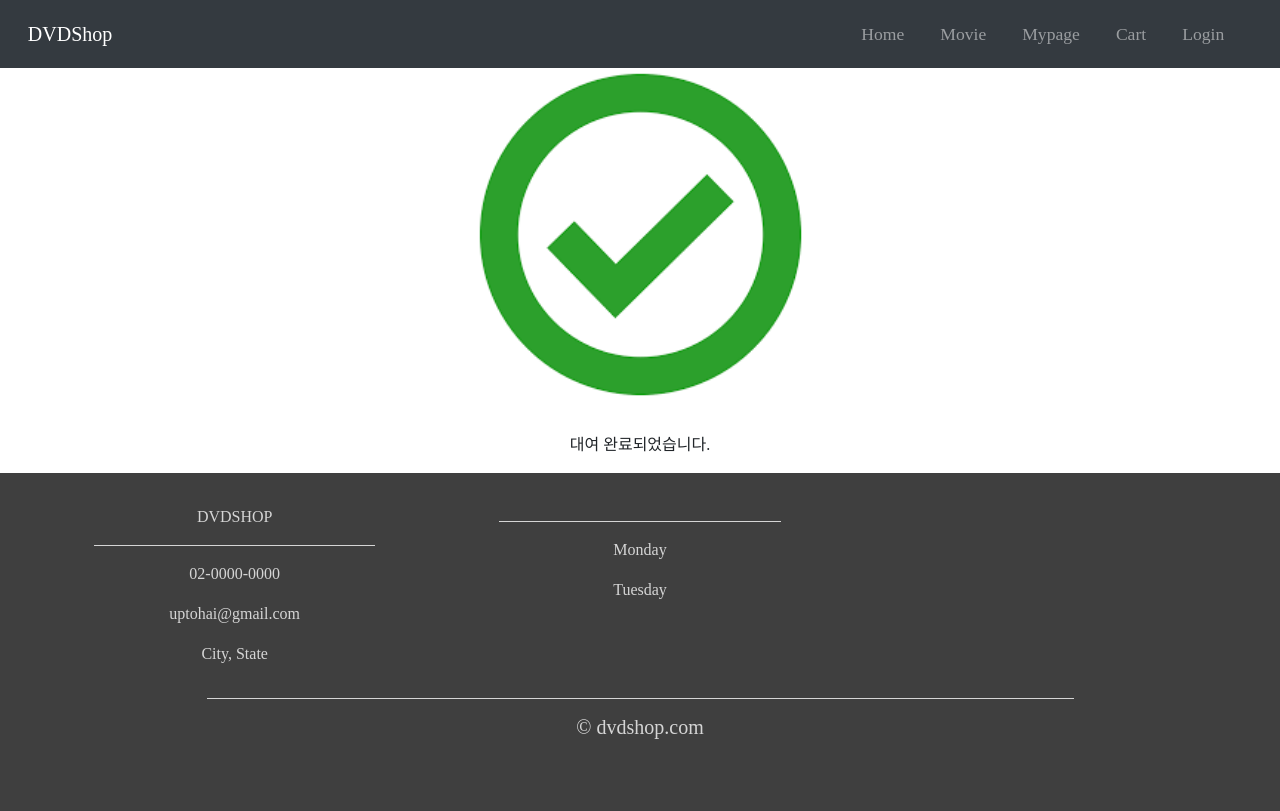
Repository: afterup/dvdshop
Page: http://localhost/shop_project/view/common/movie_rental.jsp
An editor plug-in stored every save of this project. The page is shown before and after the next save, followed by the edit.
The browser window is 1280 px wide. The pictures show the whole page.
The page is served by Tomcat 9.

Above is the page before, as saved 2019-08-14 06:42:41.

After the next save:
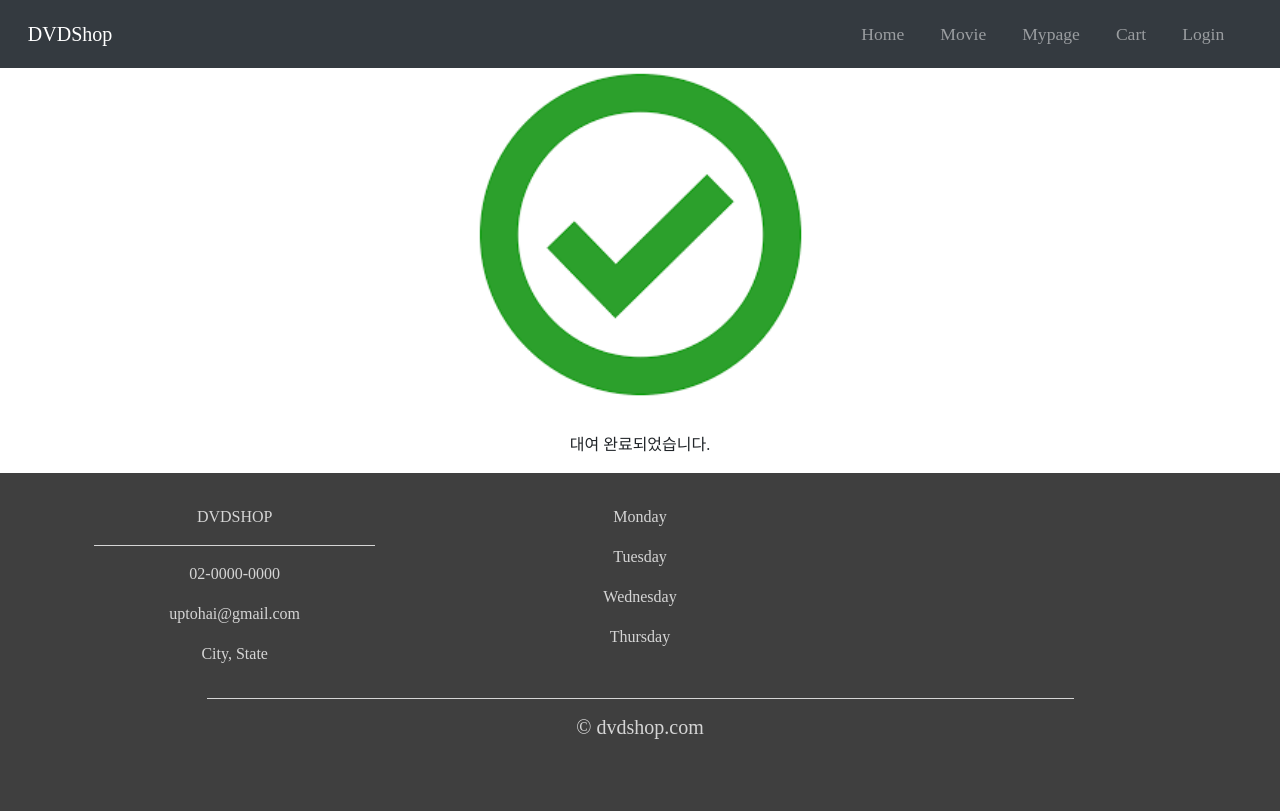
Saved 23 s later.
--- a/shop_project/WebContent/view/common/movie_rental.jsp
+++ b/shop_project/WebContent/view/common/movie_rental.jsp
@@ -31,28 +31,7 @@
 	</div>
 
 	<!-- Footer -->
-	<footer>
-		<div class="container-fluid padding">
-			<div class="row text-center">
-				<div class="col-md-4">
-					DVDSHOP
-					<hr class="light">
-					<p>02-0000-0000</p>
-					<p>uptohai@gmail.com</p>
-					<p>City, State</p>
-				</div>
-				<div class="col-md-4">
-					<hr class="light">
-					<p>Monday</p>
-					<p>Tuesday</p>
-				</div>
-			</div>
-			<div class="col-12">
-				<hr class="light">
-				<h5 class="text-center">&copy; dvdshop.com</h5>
-			</div>
-		</div>
-	</footer>
+	<%@ include file="/view/common/footer.jsp" %>
 
 	<!-- 부트스트랩 -->
 	<script src="https://code.jquery.com/jquery-3.3.1.slim.min.js"
